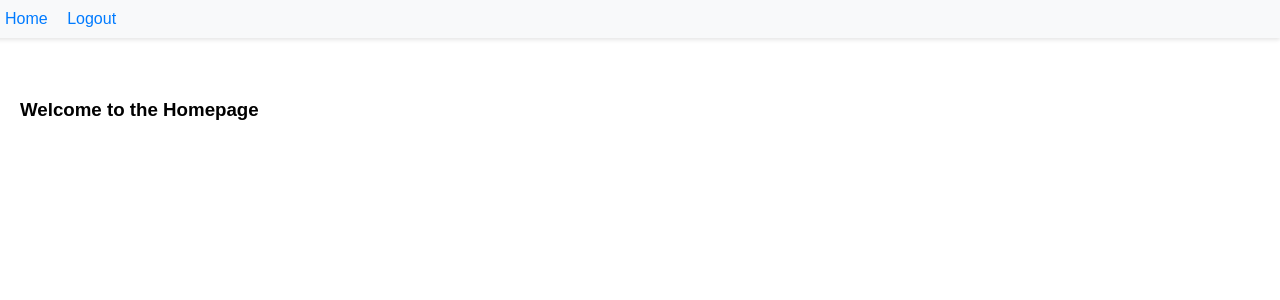
Repository: Faisal-Abdo/Savings_App_Django
Page: http://localhost/home/
The author's editor kept a copy of each file at every save. The page is drawn from the files as they stood at one save, then again after the next save.
The browser window is 1280 px wide. The pictures show the whole page.
The page is served by the project's application, run on Django 4.2 (manage.py).

Above is the page before, as saved 2024-07-24 23:57:21.

After the next save:
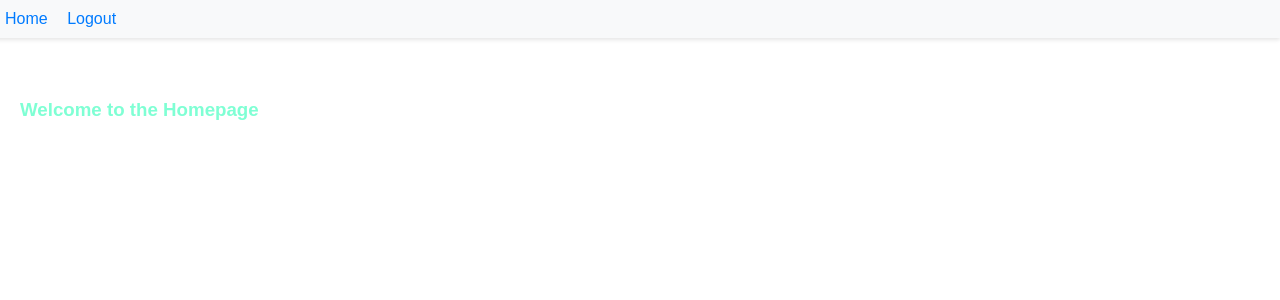
Saved 102 s later.
--- a/registration/templates/home.html
+++ b/registration/templates/home.html
@@ -32,6 +32,9 @@
             margin-top: 60px; /* Space for fixed header */
             padding: 20px;
         }
+        h3 {
+            color: aquamarine;
+        }
     </style>
 </head>
 <body>
